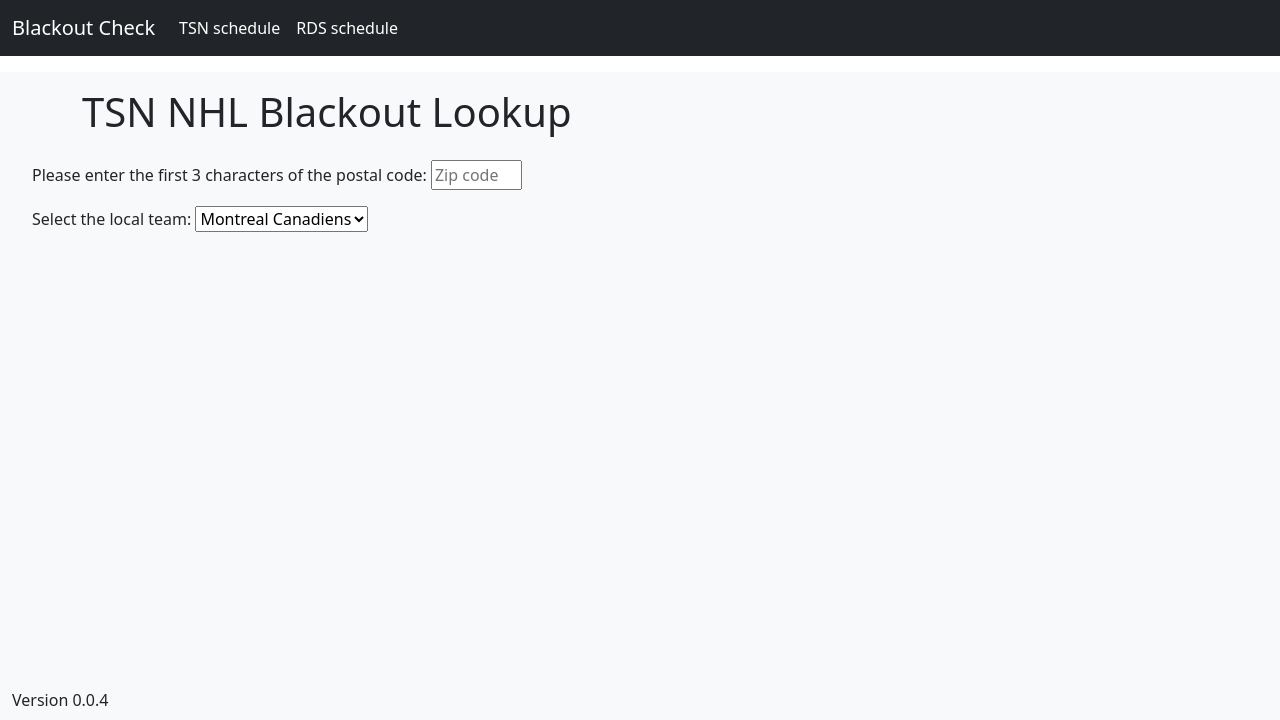
Repository: teban004/blackoutCheck
Page: index.html
These files come from the project's save history. The page is drawn as it stood at one moment and after the next save; the edit follows.
The browser window is 1280 px wide. The pictures show the whole page.

Above is the page before, as saved 2022-01-14 16:11:29.

### index.html
<!DOCTYPE html>
<html lang="en">
<head>
	<meta charset="UTF-8">
	<meta http-equiv="X-UA-Compatible" content="IE=edge">
	<meta name="viewport" content="width=device-width, initial-scale=1.0">
	<title>Blackout Check</title>
	<!-- favicon -->
	<link rel="icon" href="https://www.tsn.ca/content/dam/sports/images/favicon/tsn/favicon.ico" type="image/x-icon" sizes="16x16 32x32 48x48">
	<!-- CSS Section-->
	<link href="https://cdn.jsdelivr.net/npm/bootstrap@5.1.3/dist/css/bootstrap.min.css" rel="stylesheet" integrity="sha384-1BmE4kWBq78iYhFldvKuhfTAU6auU8tT94WrHftjDbrCEXSU1oBoqyl2QvZ6jIW3" crossorigin="anonymous">

	<link rel="stylesheet" href="https://cdnjs.cloudflare.com/ajax/libs/font-awesome/4.7.0/css/font-awesome.min.css">

	<link rel="stylesheet" href="./Content/app.css">

</head>
<body class="d-flex flex-column">

	<header>
		<nav class="navbar navbar-expand-lg navbar-dark bg-dark">
			<div class="container-fluid">
				<a class="navbar-brand" href="#">Blackout Check</a>
				<button class="navbar-toggler" type="button" data-bs-toggle="collapse" data-bs-target="#navbarSupportedContent" aria-controls="navbarSupportedContent" aria-expanded="false" aria-label="Toggle navigation">
					<span class="navbar-toggler-icon"></span>
				</button>
				<div class="collapse navbar-collapse" id="navbarSupportedContent">
					<ul class="navbar-nav ml-auto mb-2 mb-lg-0">
						<li class="nav-item">
							<a class="nav-link active" aria-current="page" href="https://www.tsn.ca/live/schedule" target="blank">TSN schedule</a>
						</li>
						<li class="nav-item">
							<a class="nav-link active" aria-current="page" href="https://www.rds.ca/emissions/horaire?axisVideoId=68996" target="blank">RDS schedule</a>
						</li>
					</ul>
				</div>
			</div>
		</nav>
	</header>

	<main class="container-fluid flex-fill p-3 my-3 bg-light text-dark">
		<div class="container">
			<h1>TSN NHL Blackout Lookup</h1>
		</div>
		<div class="row">
			<div class="col-md-6">
				<div class="container p-3">
					<p>
						Please enter the first 3 characters of the postal code:
						<input type="text" name="zipCode" id="zipCode" maxlength="3" size="4" placeholder="Zip code">
					</p>
					<p>
						Select the local team:
						<select name="team" id="team">
							<option value="Canadiens">Montreal Canadiens</option>
							<option value="Leafs">Toronto Leafs</option>
							<option value="Senators">Ottawa Senators</option>
							<option value="Jets">Winnipeg Jets</option>
						</select>
					</p>
				</div>
			</div>
			<div class="col-md-8">
				<div id="result"></div>
			</div>
		</div>
	</main>

	<footer>
		<nav class="navbar fixed-bottom navbar-secondary bg-light">
			<div class="container-fluid">
				<h7>Version 0.0.4</h7>
			</div>
		</nav>
	</footer>

	<!-- JavaScript Section-->
	<script src="https://cdn.jsdelivr.net/npm/bootstrap@5.1.3/dist/js/bootstrap.bundle.min.js" integrity="sha384-ka7Sk0Gln4gmtz2MlQnikT1wXgYsOg+OMhuP+IlRH9sENBO0LRn5q+8nbTov4+1p" crossorigin="anonymous"></script>

	<script src="./Scripts/app.js"></script>

</body>
</html>

### Content/app.css
/* custom css goes here */
body {
	min-height:100vh;
 }

 .flex-fill {
	flex:1 1 auto;
 }

### Scripts/app.js
/* custom scripts go here */

(function()
{

	// initialization function. Made it asynchronous so the text files can be loaded asynchronously
	async function Start()
	{
		// sending this message on the console just to know that this file has been loaded correctly and it's executing JavaScript
		console.log("App started...");

		// asynchronous function that loads a text file and returns the content as a string
		async function loadPostalCodes(fileLocation) {
			let response = await fetch(fileLocation);
			if( response.status != 200 ) {
				throw new Error("Couldn't fetch the file: " + fileLocation);
			}
			let retrievedString = await response.text();
			return retrievedString;
		}

		// load the zip codes from the source files
		console.log("Starting to load postal codes...");
		let fileName = "./Content/canadiens.csv";
		let text_data = await loadPostalCodes(fileName);
		let codesCanadiens = text_data.split('\n').map(elem => elem.trim()); // splits the text into array elements and trims each one of the elements
		fileName = "./Content/jets.csv";
		text_data = await loadPostalCodes(fileName);
		let codesJets = text_data.split('\n').map(elem => elem.trim()); // splits the text into array elements and trims each one of the elements
		fileName = "./Content/leafs.csv";
		text_data = await loadPostalCodes(fileName);
		let codesLeafs = text_data.split('\n').map(elem => elem.trim()); // splits the text into array elements and trims each one of the elements
		fileName = "./Content/senators.csv";
		text_data = await loadPostalCodes(fileName);
		let codesSenators = text_data.split('\n').map(elem => elem.trim()); // splits the text into array elements and trims each one of the elements

		console.log("Finished loading postal codes.");

		// function that checks if a zip code is valid or not (only the first 3 digits)
		let validZipCode = function(zipCode) {
			let regex = new RegExp(/^[A-Z]\d[A-Z]$/i);
			if ( zipCode.length == 3 && regex.test(zipCode))
				return true;  // returns true only when the zipCode complies with the regular expression
			else
				return false;
		};

		// function that checks if a zipCode is in blackout or not
		let checkBlackout = function(zipCode, team) {

			// get a reference to the HTML element with id=result
			let result = document.getElementById("result");

			if ( validZipCode(zipCode) ) {
				let textBlocked = "blocked.<br>Due to NHL blackout rules, you are not authorized to view this game in your current location. If you want to view games out of your local region and are a BellTV subscriber, please contact BellTV to subscribe to NHL Centre Ice.</p>";
				let textNotBlocked = "NOT blocked.<br>Check the customer's IP address if they are still unable to view the game. Lookup the IP to make sure that it is within the team's local region.</p>";

				messageTxt = "<p>For zip codes starting with: <b>" + zipCode + "</b></p><p>The <b>" + team + "</b> games are ";

				// check the blackout constraint according to the selected team
				switch( team ) {
					case "Leafs":
						if ( codesLeafs.includes(zipCode) ) {
							result.className = "alert alert-warning";
							messageTxt += textBlocked;
						} else {
							result.className = "alert alert-success";
							messageTxt += textNotBlocked;
						}
						break;
					case "Canadiens":
						if ( codesCanadiens.includes(zipCode) ) {
							result.className = "alert alert-warning";
							messageTxt += textBlocked;
						} else {
							result.className = "alert alert-success";
							messageTxt += textNotBlocked;
						}
						break;
					case "Senators":
						if ( codesSenators.includes(zipCode) ) {
							result.className = "alert alert-warning";
							messageTxt += textBlocked;
						} else {
							result.className = "alert alert-success";
							messageTxt += textNotBlocked;
						}
						break;
					case "Jets":
						if ( codesJets.includes(zipCode) ) {
							result.className = "alert alert-warning";
							messageTxt += textBlocked;
						} else {
							result.className = "alert alert-success";
							messageTxt += textNotBlocked;
						}
						break;
				}
				result.innerHTML = messageTxt;
			}
			else {
				result.className = "alert alert-danger";
				result.innerHTML = "<p>There are no valid zip codes starting with '<b>" + zipCode + "</b>'. Please check and try again providing the first 3 characters of the zip code.</p>";
			}
		}; // end of checkBlackout

		// get a reference to the HTML element with id=zipCode
		let zipCodeTxtField = document.getElementById("zipCode");

		let isZipCodeComplete = function(zipCode) {
			if (zipCode.length >= 3)
				return true;
			else
				return false;
		}

		// add an event listener for every key pressed on the zipCode text field
		zipCodeTxtField.addEventListener("keyup", () => {
			// get the value from the zipCode txt field, and change it to uppercase
			let zipCode = document.getElementById("zipCode").value.toUpperCase();

			if( zipCode.length>2 ) {
				// get a reference to the HTML element with id=team
				let team = document.getElementById("team").value;

				checkBlackout(zipCode, team);
			}
			else {
				// get a reference to the HTML element with id=result
				let result = document.getElementById("result");

				// clear the result box
				result.className = "";
				result.innerHTML = "";
			}
		});

		// get a reference to the HTML element with id=team
		let teamInputSelect = document.getElementById("team");

		// add an event listener for every change on the team select
		teamInputSelect.addEventListener("change", () => {
			// get the value from the zipCode txt field, and change it to uppercase
			let zipCode = document.getElementById("zipCode").value.toUpperCase();

			if( zipCode.length>2 ) {
				// get a reference to the HTML element with id=team
				let team = document.getElementById("team").value;

				checkBlackout(zipCode, team);
			}
		});


	} // end of Start()

	// event listener, when the window has finished loading, it calls the Start function
	window.addEventListener("load", Start)

})();

After the next save:
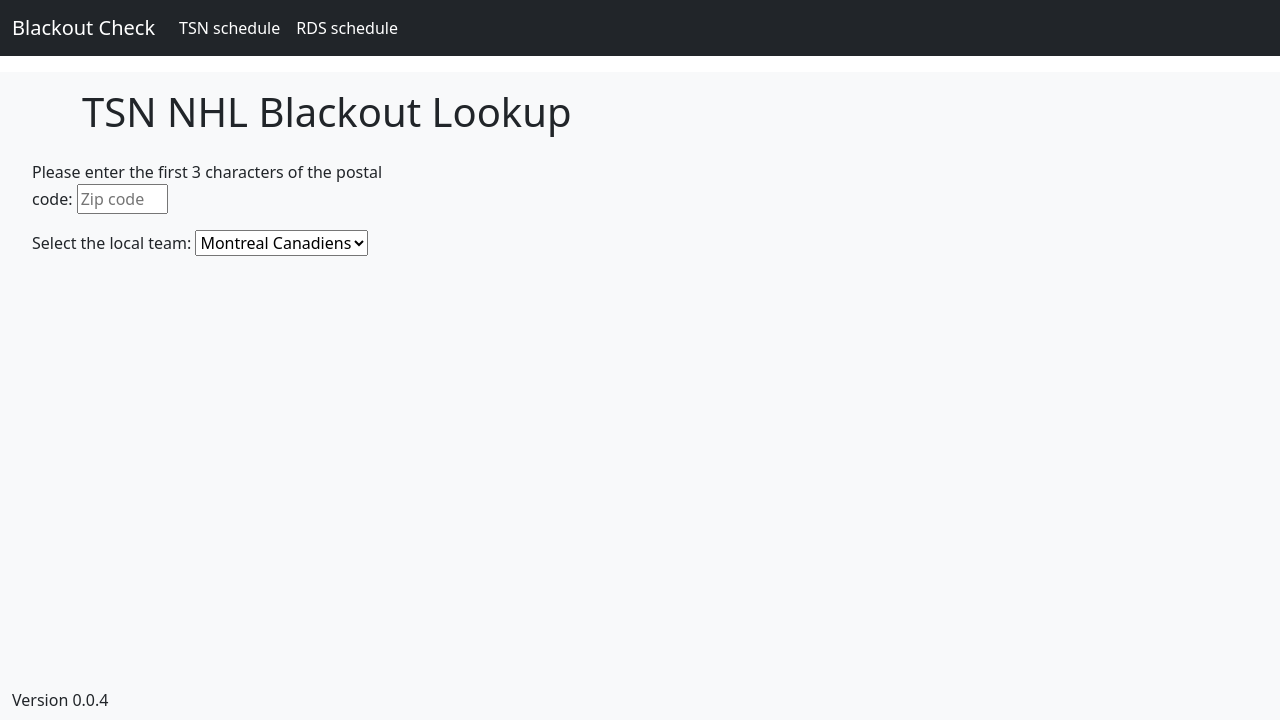
Saved 28 s later.
--- a/index.html
+++ b/index.html
@@ -43,7 +43,7 @@
 			<h1>TSN NHL Blackout Lookup</h1>
 		</div>
 		<div class="row">
-			<div class="col-md-6">
+			<div class="col-md-4">
 				<div class="container p-3">
 					<p>
 						Please enter the first 3 characters of the postal code:
